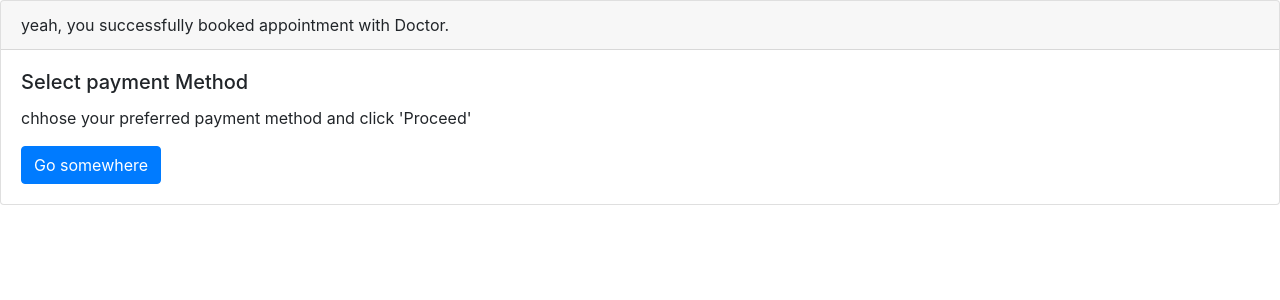
Repository: keerthi-ramya/SpringBoot
Page: http://localhost/Booked
An editor plug-in stored every save of this project. The page is shown before and after the next save, followed by the edit.
The browser window is 1280 px wide. The pictures show the whole page.
Some web libraries are served in a nearby version. The page is this project's Thymeleaf template; nobody is signed in. The template is opened directly, without the code that normally fills it, so the values that code supplies are empty.

Above is the page before, as saved 2023-01-19 07:25:16.

After the next save:
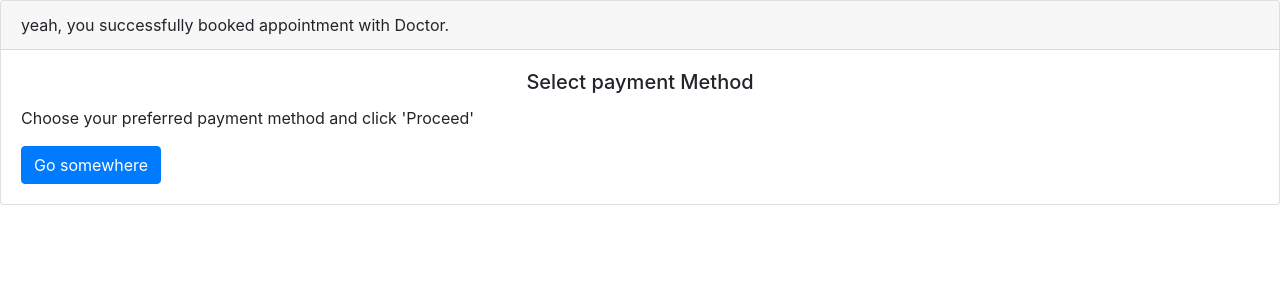
Saved 2 min 4 s later.
--- a/ResourceBooking-POC/src/main/resources/templates/Booked.html
+++ b/ResourceBooking-POC/src/main/resources/templates/Booked.html
@@ -39,8 +39,8 @@
    yeah, you successfully booked appointment with  Doctor.
   </div>
   <div class="card-body">
-    <h5 class="card-title">Select payment Method</h5>
-    <p class="card-text">chhose your preferred payment method and click 'Proceed'</p>
+    <h5 class="card-title" align='center'>Select payment Method</h5>
+    <p class="card-text">Choose your preferred payment method and click 'Proceed'</p>
     <a href="#" class="btn btn-primary">Go somewhere</a>
   </div>
 </div>
